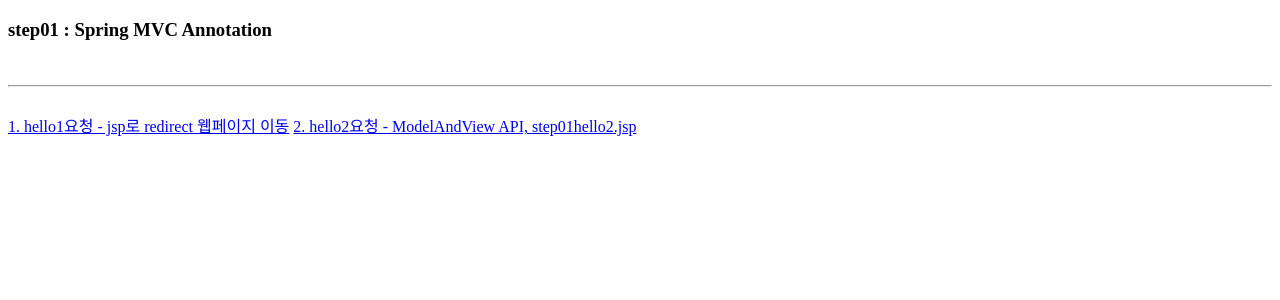
Repository: Encore-Playdata-Course/Spring
Page: step09_SpringMVC/WebContent/step01.html
An editor plug-in stored every save of this project. The page is shown before and after the next save, followed by the edit.
The browser window is 1280 px wide. The pictures show the whole page.

Above is the page before, as saved 2021-01-29 02:40:27.

After the next save:
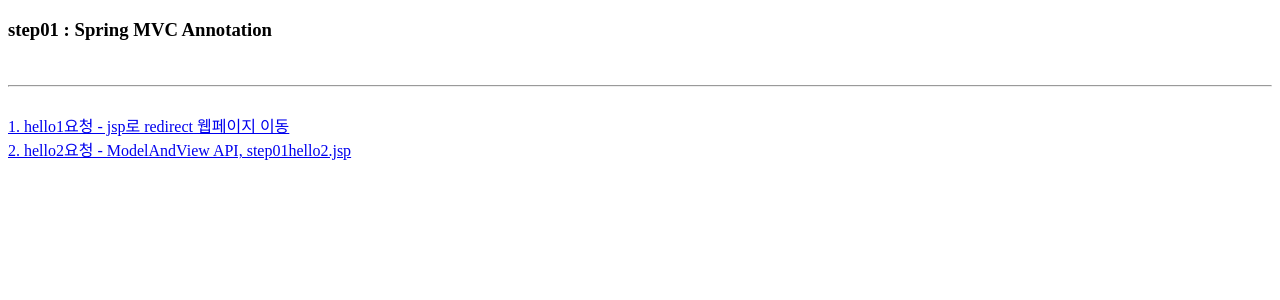
Saved 6 s later.
--- a/step09_SpringMVC/WebContent/step01.html
+++ b/step09_SpringMVC/WebContent/step01.html
@@ -10,7 +10,7 @@
 
 	<br><hr><br>
 
-	<a href="hello1">1. hello1요청 - jsp로 redirect 웹페이지 이동</a>
+	<a href="hello1">1. hello1요청 - jsp로 redirect 웹페이지 이동</a> <br>
 	<a href="hello2">2. hello2요청 - ModelAndView API, step01hello2.jsp</a>
 </body>
 </html>
